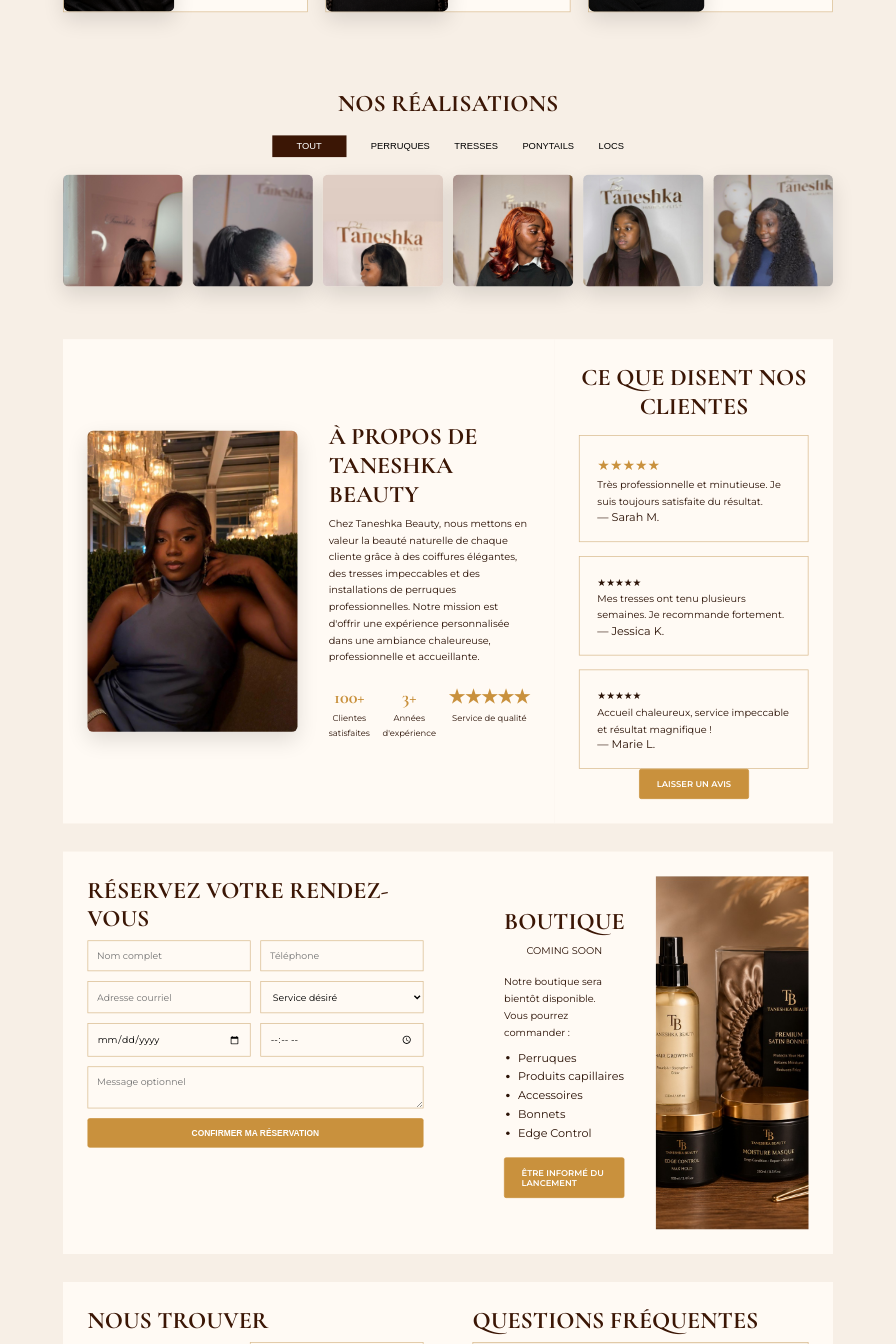
Repository: kngnepi/Taneshka-Beauty-House
Page: index.html
These files come from the project's save history. The page is drawn as it stood at one moment and after the next save; the edit follows.
The browser window is 1280 px wide. The pictures show the part of the page from y = 1378 to 3298 px (the page is 3857 px tall before and 3997 px after), at 70% of full size.
Pictures or frames that could not be fetched are drawn as grey boxes.

Above is the page before, as saved 2026-07-05 17:28:04.

### index.html
<!DOCTYPE html>
<html lang="fr">
<head>
  <meta charset="UTF-8" />
  <meta name="viewport" content="width=device-width, initial-scale=1.0" />
  <title>Taneshka Beauty</title>
  <link rel="stylesheet" href="style.css" />
</head>
<body>

  <!-- NAVBAR -->
  <header class="navbar">
    <div class="logo">
      <span>TB</span>
      <p>TANESHKA BEAUTY</p>
    </div>

    <nav>
      <a href="#home">Accueil</a>
      <a href="#services">Services</a>
      <a href="#portfolio">Portfolio</a>
      <a href="#about">À propos</a>
      <a href="#booking">Réservation</a>
      <a href="#products">Boutique</a>
      <a href="#contact">Contact</a>
    </nav>

    <a href="#booking" class="btn-gold">Réserver</a>
  </header>

  <!-- HERO -->
  <section id="home" class="hero">
    <div class="hero-content">
      <h1>TANESHKA<br>BEAUTY</h1>
      <p class="tagline">Élégance • Confiance • Beauté</p>
      <p class="hero-text">
        Spécialiste en perruques, tresses et coiffures protectrices.
      </p>

      <div class="hero-buttons">
        <a href="#booking" class="btn-gold">Réserver un rendez-vous</a>
        <a href="#portfolio" class="btn-outline">Voir nos réalisations</a>
      </div>
    </div>
  </section>

  <!-- SERVICES -->
  <section id="services" class="section">
    <h2>Nos Services</h2>
    <p class="section-subtitle">Des prestations adaptées à votre style et à vos besoins.</p>

    <div class="services-grid">
      <div class="service-card">
        <div class="service-img"></div>
        <div>
          <h3>Perruques</h3>
          <ul>
            <li>Installation</li>
            <li>Retrait</li>
            <li>Revamp</li>
            <li>Customisation</li>
          </ul>
          <p>À partir de 60$</p>
          <a href="#booking" class="btn-dark">Réserver</a>
        </div>
      </div>

      <div class="service-card">
        <div class="service-img"></div>
        <div>
          <h3>Tresses</h3>
          <ul>
            <li>Knotless Braids</li>
            <li>Boho Braids</li>
            <li>Tribal Braids</li>
            <li>Cornrows</li>
          </ul>
          <p>À partir de 80$</p>
          <a href="#booking" class="btn-dark">Réserver</a>
        </div>
      </div>

      <div class="service-card">
        <div class="service-img"></div>
        <div>
          <h3>Coiffures</h3>
          <ul>
            <li>Ponytail</li>
            <li>Wig Styling</li>
            <li>Butterfly Locs</li>
            <li>Twists</li>
          </ul>
          <p>À partir de 50$</p>
          <a href="#booking" class="btn-dark">Réserver</a>
        </div>
      </div>
    </div>
  </section>

  <!-- PORTFOLIO -->
  <section id="portfolio" class="section">
    <h2>Nos Réalisations</h2>

    <div class="portfolio-filters">
      <button>Tout</button>
      <button>Perruques</button>
      <button>Tresses</button>
      <button>Ponytails</button>
      <button>Locs</button>
    </div>

    <div class="portfolio-grid">
      <div class="portfolio-item"></div>
      <div class="portfolio-item"></div>
      <div class="portfolio-item"></div>
      <div class="portfolio-item"></div>
      <div class="portfolio-item"></div>
      <div class="portfolio-item"></div>
    </div>
  </section>

  <!-- ABOUT + REVIEWS -->
  <!-- ABOUT + REVIEWS -->
<section class="split-section">
  <div id="about" class="about-box">
    <div class="about-img"></div>

    <div class="about-content">
      <h2>À propos de Taneshka Beauty</h2>
      <p>
        Chez Taneshka Beauty, nous mettons en valeur la beauté naturelle de chaque cliente
        grâce à des coiffures élégantes, des tresses impeccables et des installations de
        perruques professionnelles. Notre mission est d'offrir une expérience personnalisée
        dans une ambiance chaleureuse, professionnelle et accueillante.
      </p>

      <div class="about-stats">
        <div>
          <h3>100+</h3>
          <p>Clientes satisfaites</p>
        </div>

        <div>
          <h3>3+</h3>
          <p>Années d'expérience</p>
        </div>

        <div>
          <h3>★★★★★</h3>
          <p>Service de qualité</p>
        </div>
      </div>
    </div>
  </div>

  <div class="reviews-box">
    <h2>Ce que disent nos clientes</h2>

    <div class="reviews-grid">
      <div class="review-card">
        <p class="stars">★★★★★</p>
        <p>Très professionnelle et minutieuse. Je suis toujours satisfaite du résultat.</p>
        <span>— Sarah M.</span>
      </div>

      <div class="review-card">
        <p class="stars">★★★★★</p>
        <p>Mes tresses ont tenu plusieurs semaines. Je recommande fortement.</p>
        <span>— Jessica K.</span>
      </div>

      <div class="review-card">
        <p class="stars">★★★★★</p>
        <p>Accueil chaleureux, service impeccable et résultat magnifique !</p>
        <span>— Marie L.</span>
      </div>
    </div>

    <a href="#booking" class="btn-gold">Laisser un avis</a>
  </div>
</section>

<!-- BOOKING + PRODUCTS -->
<section class="split-section">
  <div id="booking" class="booking-section">
    <h2>Réservez votre rendez-vous</h2>

    <form class="booking-form">
      <input type="text" placeholder="Nom complet" />
      <input type="tel" placeholder="Téléphone" />
      <input type="email" placeholder="Adresse courriel" />

      <select>
        <option>Service désiré</option>
        <option>Perruques</option>
        <option>Tresses</option>
        <option>Coiffures</option>
      </select>

      <input type="date" />
      <input type="time" />
      <textarea placeholder="Message optionnel"></textarea>

      <button type="submit" class="btn-gold">Confirmer ma réservation</button>
    </form>
  </div>

  <div id="products" class="products-section">
    <div class="products-content">
      <div class="products-text">
        <h2>Boutique</h2>
        <p class="coming-soon">Coming Soon</p>
        <p>Notre boutique sera bientôt disponible.</p>
        <p>Vous pourrez commander :</p>

        <ul>
          <li>Perruques</li>
          <li>Produits capillaires</li>
          <li>Accessoires</li>
          <li>Bonnets</li>
          <li>Edge Control</li>
        </ul>

        <a href="#contact" class="btn-gold">Être informé du lancement</a>
      </div>

      <div class="products-img"></div>
    </div>
  </div>
</section>

<!-- LOCATION + FAQ -->
<section id="contact" class="split-section">
  <div class="location-box">
  <h2>Nous trouver</h2>

  <div class="location-content">
    <div class="location-info">
      <p>📍 Trois-Rivières, Québec, Canada</p>
      <p>📞 (514) 123-4567</p>
      <p>✉️ taneshkabeauty@gmail.com</p>
      <p>🕒 Lundi - Samedi : 9h - 19h</p>
      <p>Dimanche : Fermé</p>

      <a
        href="https://www.google.com/maps/search/?api=1&query=Trois-Rivi%C3%A8res%2C%20Qu%C3%A9bec%2C%20Canada"
        target="_blank"
        class="btn-outline-dark"
      >
        Obtenir l'itinéraire
      </a>
    </div>

    <div class="map-box">
      <iframe
        src="https://www.google.com/maps?q=Trois-Rivi%C3%A8res%2C%20Qu%C3%A9bec%2C%20Canada&output=embed"
        loading="lazy"
        referrerpolicy="no-referrer-when-downgrade">
      </iframe>
    </div>
  </div>
</div>

  <div class="faq-box">
    <h2>Questions fréquentes</h2>

    <details>
      <summary>Comment prendre rendez-vous ?</summary>
      <p>Vous pouvez réserver via le formulaire ou nous contacter sur Instagram.</p>
    </details>

    <details>
      <summary>Dois-je fournir les mèches ?</summary>
      <p>Cela dépend du service choisi. Les détails seront confirmés lors de la réservation.</p>
    </details>

    <details>
      <summary>Quelle est votre politique d'annulation ?</summary>
      <p>Les annulations doivent être faites au moins 48h avant le rendez-vous.</p>
    </details>

    <details>
      <summary>Quels modes de paiement acceptez-vous ?</summary>
      <p>Espèces et virement Interac.</p>
    </details>

    <details>
      <summary>Combien de temps dure une installation ?</summary>
      <p>La durée varie selon le service sélectionné.</p>
    </details>
  </div>
</section>
  <!-- FOOTER -->
  <footer>
    <h2>TB</h2>
    <p>Taneshka Beauty</p>
    <p>© 2026 Taneshka Beauty. Tous droits réservés.</p>
  </footer>

</body>
</html>

### style.css
@import url('https://fonts.googleapis.com/css2?family=Cormorant+Garamond:wght@500;600;700&family=Montserrat:wght@300;400;500;600&display=swap');

:root {
  --brown: #3b1605;
  --dark-brown: #1f0c03;
  --gold: #c9913d;
  --cream: #f7efe6;
  --light-cream: #fffaf4;
  --text: #2b1206;
  --border: #d8b98c;
}

* {
  margin: 0;
  padding: 0;
  box-sizing: border-box;
}

body {
  background: var(--cream);
  color: var(--text);
  font-family: "Montserrat", sans-serif;
}

h1, h2, h3 {
  font-family: "Cormorant Garamond", serif;
  text-transform: uppercase;
}

section {
  padding: 55px 7%;
}

.navbar {
  background: rgba(31, 12, 3, 0.95);
  color: white;
  height: 85px;
  padding: 0 7%;
  display: flex;
  align-items: center;
  justify-content: space-between;
}

.logo span {
  color: var(--gold);
  font-family: "Cormorant Garamond", serif;
  font-size: 38px;
  font-weight: 700;
}

.logo p {
  color: var(--gold);
  font-size: 13px;
  letter-spacing: 1px;
}

nav {
  display: flex;
  gap: 30px;
}

nav a {
  color: white;
  text-decoration: none;
  font-size: 13px;
  text-transform: uppercase;
}

.btn-gold,
.btn-outline,
.btn-dark {
  display: inline-block;
  padding: 13px 24px;
  text-decoration: none;
  text-transform: uppercase;
  font-size: 12px;
  font-weight: 600;
  border-radius: 3px;
}

.btn-gold {
  background: var(--gold);
  color: white;
  border: 1px solid var(--gold);
}

.btn-outline {
  border: 1px solid var(--gold);
  color: white;
}

.btn-dark {
  background: var(--brown);
  color: white;
  margin-top: 15px;
}

.hero {
  min-height: 720px;
  background:
    linear-gradient(to right, rgba(20, 7, 2, 0.95) 0%, rgba(20, 7, 2, 0.75) 38%, rgba(20, 7, 2, 0.25) 70%),
    url("images/hero.jpg");
  background-size: cover;
  background-position: center 35%;
  display: flex;
  align-items: center;
}

.hero-content {
  max-width: 620px;
  margin-top: 40px;
}

.hero h1 {
  color: var(--gold);
  font-size: 92px;
  line-height: 0.9;
}

.tagline {
  color: white;
  font-family: "Cormorant Garamond", serif;
  font-size: 28px;
  font-style: italic;
  margin: 20px 0;
}

.hero-text {
  color: white;
  font-size: 18px;
  line-height: 1.6;
}

.hero-buttons {
  display: flex;
  gap: 20px;
  margin-top: 30px;
}

.section {
  text-align: center;
}

.section h2,
.split-section h2 {
  font-size: 34px;
  color: var(--brown);
  margin-bottom: 10px;
}

.section-subtitle {
  margin-bottom: 35px;
  font-size: 14px;
}

.services-grid {
  display: grid;
  grid-template-columns: repeat(3, 1fr);
  gap: 25px;
}

.service-card {
  background: var(--light-cream);
  border: 1px solid var(--border);
  display: grid;
  grid-template-columns: 1fr 1fr;
  text-align: left;
  min-height: 260px;
}

.service-img,
.portfolio-item,
.about-img {
  width: 100%;
  height: 430px;
  background-image: url("images/about.jpg");
  background-size: cover;
  background-position: center top;
  border-radius: 8px;
  box-shadow: 0 12px 30px rgba(0,0,0,.12);
}

.service-card:nth-child(1) .service-img {
  background-image: url("images/service-wig.jpg");
}

.service-card:nth-child(2) .service-img {
  background-image: url("images/service-braids.jpg");
}

.service-card:nth-child(3) .service-img {
  background-image: url("images/service-hair.jpg");
}

.service-card div:last-child {
  padding: 28px;
}

.service-card h3 {
  font-size: 24px;
  margin-bottom: 15px;
}

.service-card li {
  margin-bottom: 8px;
  font-size: 14px;
}

.portfolio-filters {
  display: flex;
  justify-content: center;
  gap: 35px;
  margin: 25px 0;
}

.portfolio-filters button {
  background: transparent;
  border: none;
  text-transform: uppercase;
  cursor: pointer;
}

.portfolio-filters button:first-child {
  background: var(--brown);
  color: white;
  padding: 8px 35px;
}

.portfolio-grid {
  display: grid;
  grid-template-columns: repeat(6, 1fr);
  gap: 14px;
}

.portfolio-item {
  height: 160px;
}

.portfolio-item:nth-child(1) {
  background-image: url("images/portfolio-1.jpg");
}

.portfolio-item:nth-child(2) {
  background-image: url("images/portfolio-2.jpg");
}

.portfolio-item:nth-child(3) {
  background-image: url("images/portfolio-3.jpg");
}

.portfolio-item:nth-child(4) {
  background-image: url("images/portfolio-4.jpg");
}

.portfolio-item:nth-child(5) {
  background-image: url("images/portfolio-5.jpg");
}

.portfolio-item:nth-child(6) {
  background-image: url("images/portfolio-6.jpg");
}

.split-section {
  padding: 20px 7%;
  display: grid;
  grid-template-columns: 1fr 1fr;
  gap: 0;
}

.about-box,
.reviews-box,
.location-box,
.faq-box,
.booking-section,
.products-section {
  background: var(--light-cream);
  border: 1px solid var(--border);
  padding: 35px;
}

.about-box {
  display: grid;
  grid-template-columns: 300px 1fr;
  gap: 45px;
  align-items: center;
  background: var(--light-cream);
  padding: 45px;
}

.about-img {
  min-height: 280px;
  background-image: url("images/about.jpg");
}

.about-box p,
.review-card p,
.location-box p,
.products-section p,
.faq-box p {
  font-size: 14px;
  line-height: 1.7;
}

.reviews-box {
  text-align: center;
}

.review-card {
  border: 1px solid var(--border);
  padding: 25px;
  margin-top: 20px;
  text-align: left;
}

.review-card:first-of-type p:first-child {
  color: var(--gold);
  font-size: 20px;
}

.booking-form {
  max-width: 850px;
  margin: auto;
  display: grid;
  grid-template-columns: 1fr 1fr;
  gap: 14px;
}

.booking-form input,
.booking-form select,
.booking-form textarea {
  padding: 13px;
  border: 1px solid var(--border);
  background: var(--light-cream);
  font-family: "Montserrat", sans-serif;
}

.booking-form textarea,
.booking-form button {
  grid-column: span 2;
}

.products-section {
  text-align: center;
}

.products-section h2 {
  color: var(--brown);
}

.location-box {
  text-align: left;
}

.faq-box details {
  border: 1px solid var(--border);
  margin-bottom: 10px;
  padding: 14px;
  background: var(--cream);
}

.faq-box summary {
  cursor: pointer;
  font-weight: 600;
}

footer {
  background: linear-gradient(to right, var(--dark-brown), var(--brown));
  color: white;
  text-align: center;
  padding: 45px 7%;
}

footer h2 {
  color: var(--gold);
  font-size: 55px;
}

footer p {
  color: var(--gold);
  margin-top: 8px;
}

@media (max-width: 900px) {
  .navbar {
    height: auto;
    flex-direction: column;
    padding: 20px;
    gap: 20px;
  }

  nav {
    flex-wrap: wrap;
    justify-content: center;
  }

  .hero h1 {
    font-size: 55px;
  }

  .services-grid,
  .split-section {
    grid-template-columns: 1fr;
  }

  .service-card,
  .about-box {
    grid-template-columns: 1fr;
  }

  .portfolio-grid {
    grid-template-columns: repeat(2, 1fr);
  }

  .booking-form {
    grid-template-columns: 1fr;
  }

  .booking-form textarea,
  .booking-form button {
    grid-column: span 1;
  }
}

.about-content {
  display: flex;
  flex-direction: column;
  justify-content: center;
}

.about-stats {
  display: grid;
  grid-template-columns: repeat(3, 1fr);
  gap: 18px;
  margin-top: 30px;
  text-align: center;
}

.about-stats h3 {
  color: var(--gold);
  font-size: 26px;
  margin-bottom: 5px;
}

.about-stats p {
  font-size: 12px;
}

.products-section {
  padding: 0;
  text-align: left;
}

.products-content {
  display: grid;
  grid-template-columns: 1fr 1fr;
  min-height: 320px;
}

.products-text {
  padding: 45px;
}

.products-text h2 {
  text-align: center;
}

.coming-soon {
  text-align: center;
  text-transform: uppercase;
  font-size: 13px;
  margin-bottom: 20px;
}

.products-text ul {
  margin: 15px 0 25px 20px;
}

.products-text li {
  margin-bottom: 8px;
}

.products-img {
  background-image: url("images/products.jpg");
  background-size: cover;
  background-position: center;
  min-height: 320px;
}

@media (max-width: 900px) {
  .about-stats {
    grid-template-columns: 1fr;
  }

  .products-content {
    grid-template-columns: 1fr;
  }
}

.about-box,
.reviews-box,
.location-box,
.faq-box,
.booking-section,
.products-section {
    background: var(--light-cream);
    border: none;
    padding: 35px;
}
.location-content {
  display: grid;
  grid-template-columns: 1fr 1.2fr;
  gap: 25px;
  align-items: stretch;
}

.location-info p {
  margin-bottom: 10px;
}

.map-box {
  width: 100%;
  min-height: 260px;
  border: 1px solid var(--border);
  overflow: hidden;
}

.map-box iframe {
  width: 100%;
  height: 100%;
  min-height: 260px;
  border: none;
}

@media (max-width: 900px) {
  .location-content {
    grid-template-columns: 1fr;
  }
}

After the next save:
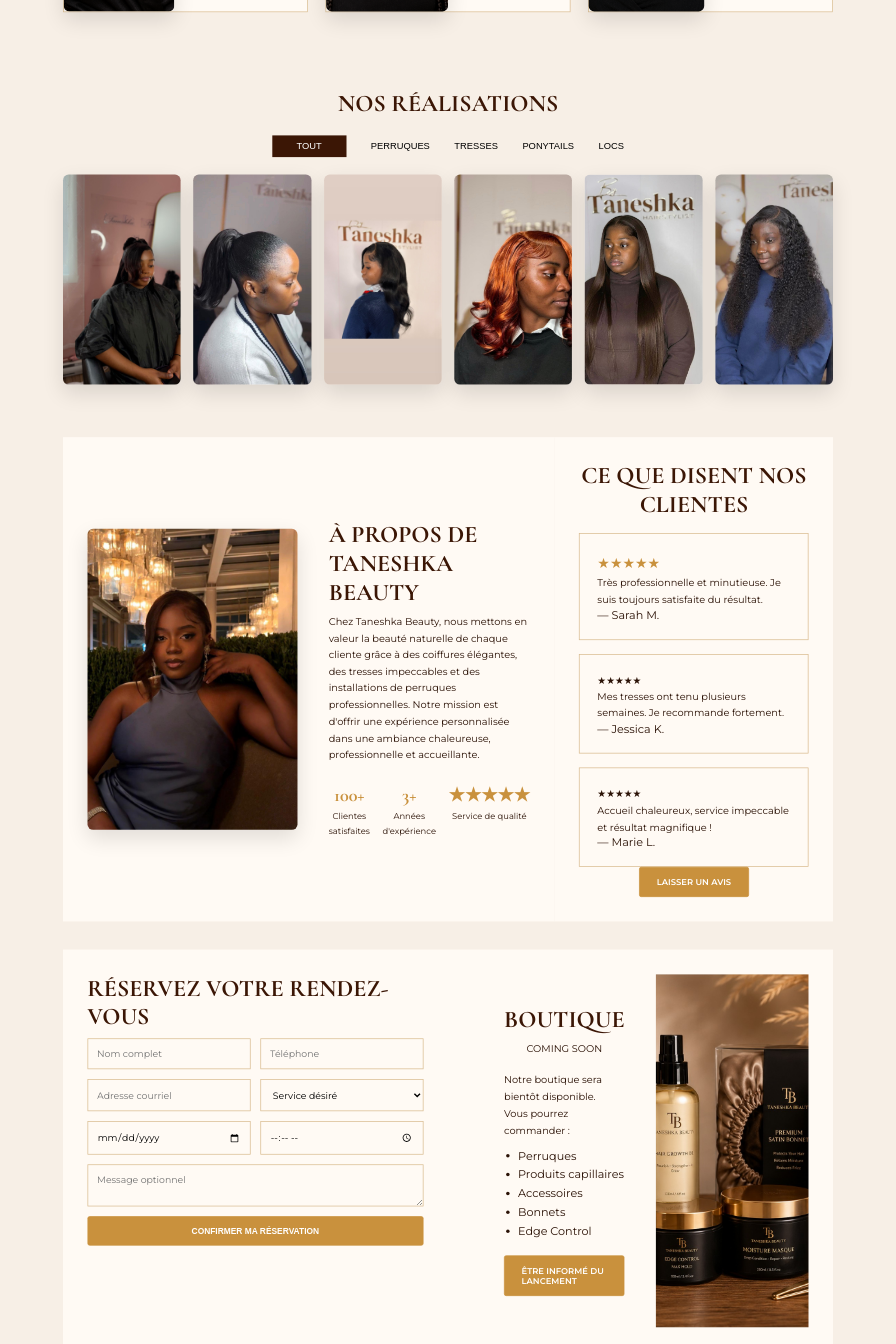
Saved 22 min 36 s later.
--- a/style.css
+++ b/style.css
@@ -229,11 +229,21 @@
 .portfolio-grid {
   display: grid;
   grid-template-columns: repeat(6, 1fr);
-  gap: 14px;
+  gap: 18px;
 }
 
 .portfolio-item {
-  height: 160px;
+  height: 300px;
+  border-radius: 8px;
+  overflow: hidden;
+}
+
+.portfolio-item img {
+  width: 100%;
+  height: 100%;
+  object-fit: cover;
+  object-position: center 25%;
+  display: block;
 }
 
 .portfolio-item:nth-child(1) {
